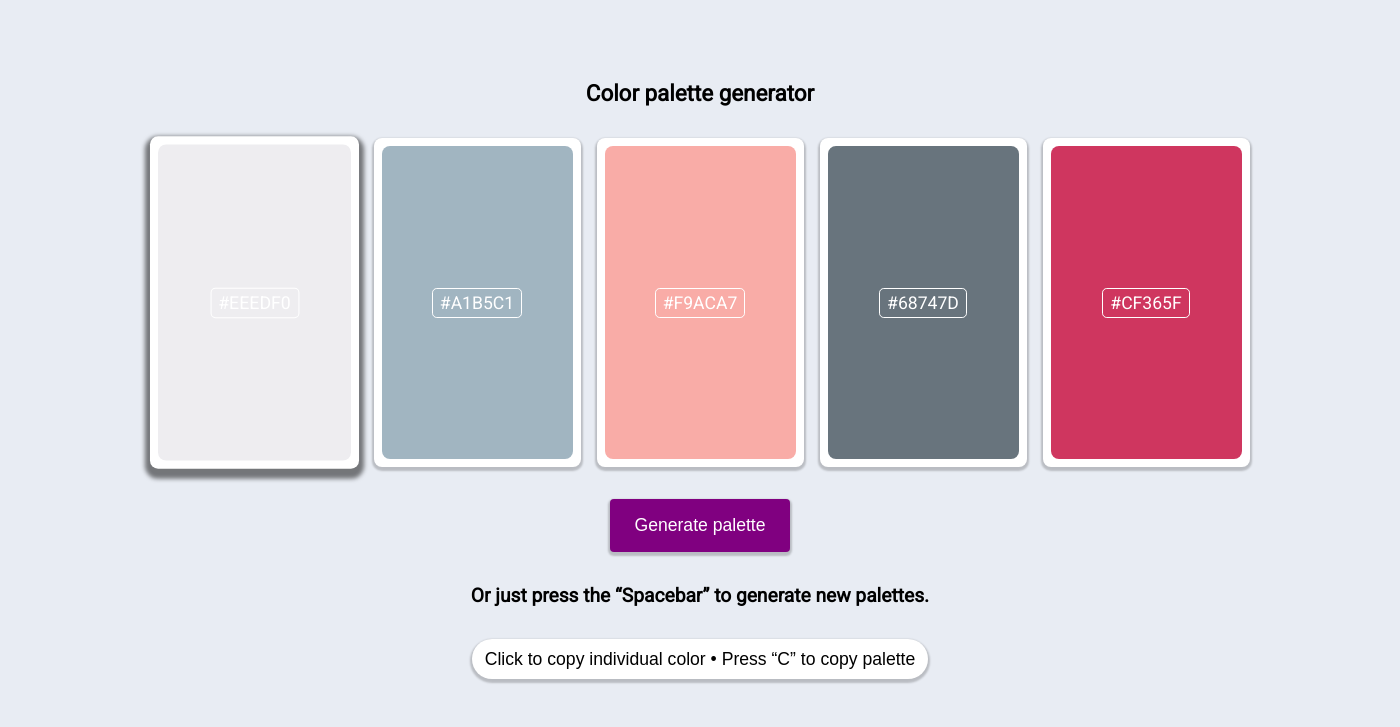
Repository: Hcmwebs/Color-Palette-Generator
Page: index.html
These files come from the project's save history. The page is drawn as it stood at one moment and after the next save; the edit follows.
The browser window is 1280 px wide. The page is 1400 px wide, so the pictures cover 1400 px, including what lies to the right of the window. The pictures show the whole page.
The pointer rests on the first visible `.card__item`.

Above is the page before, as saved 2020-10-22 15:26:00.
Console error: TypeError: active.addEventListener is not a function

After the next save:
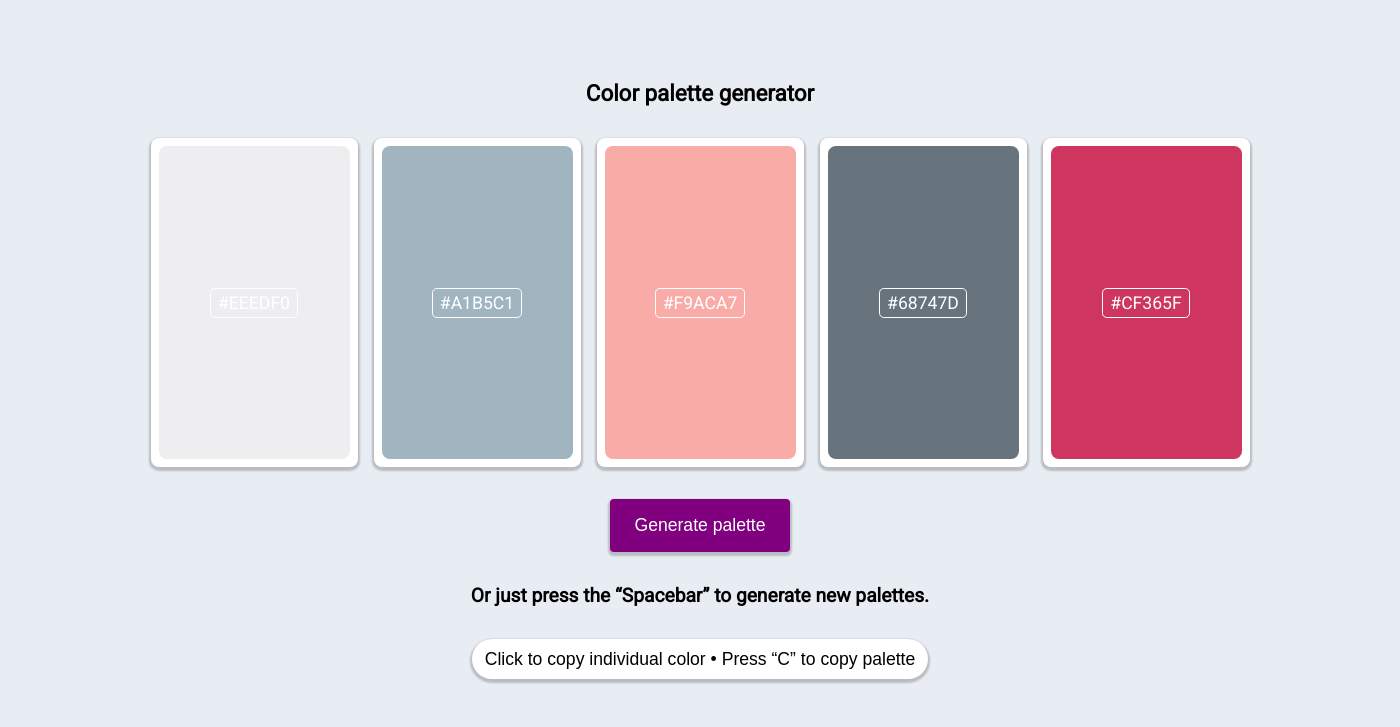
Saved 81 s later.
--- a/styles.css
+++ b/styles.css
@@ -80,7 +80,7 @@ h3 {
   transition: all 0.7s ease-in-out;
 }
 
-.card__item:hover {
+.card__item.active:hover  {
   box-shadow: 0px 5px 4px 5px rgba(0, 0, 0, 0.5);
   transform: scale(1.01);
 }
